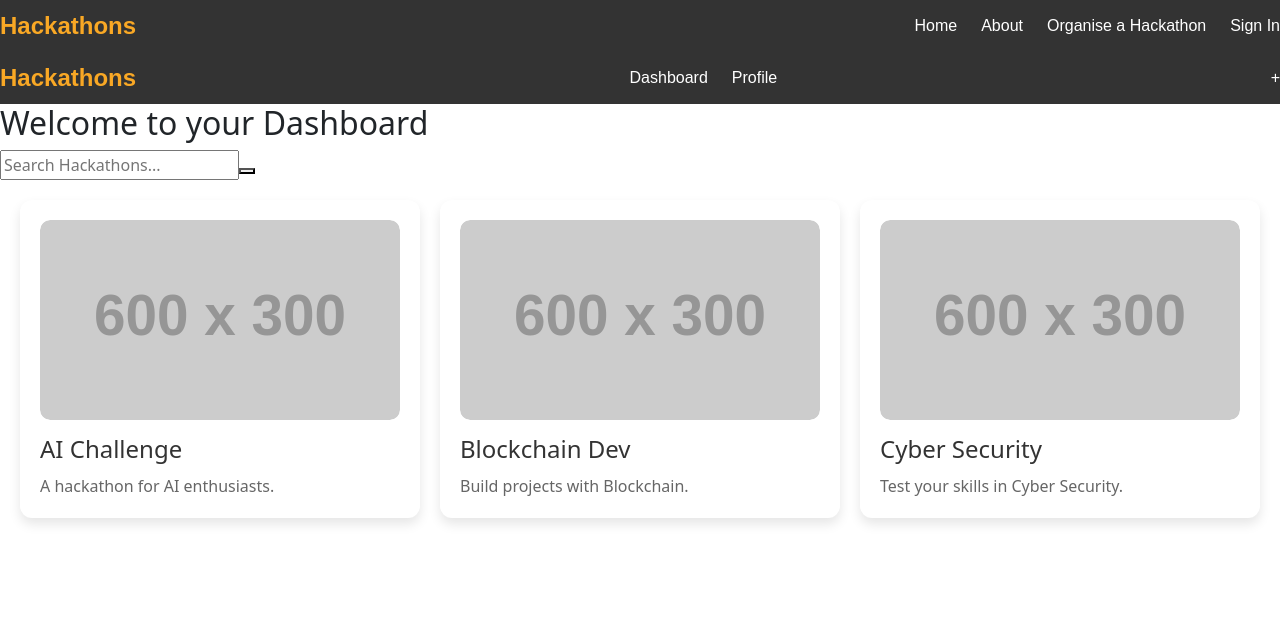
Repository: Ken-Kanike/RUBIX25_41_TECHTITANS
Page: /dashboard (app in backend/client/)
These files come from the project's save history. The page is drawn as it stood at one moment and after the next save; the edit follows.
The browser window is 1280 px wide. The pictures show the whole page.
The project was rebuilt for these pictures with package versions that can differ from the ones it lists, and the page was loaded fresh each time. Also part of the build but not shown: backend/client/src/homepage.js, backend/client/src/signin.js.

Above is the page before, as saved 2025-01-23 01:45:28.

### backend/client/public/index.html
<!DOCTYPE html>
<html lang="en">
  <head>
    <meta charset="utf-8" />
    <!-- <link rel="icon" href="%PUBLIC_URL%/favicon.ico" /> -->
    <meta name="viewport" content="width=device-width, initial-scale=1" />
    <meta name="theme-color" content="#000000" />
    <!-- <meta
      name="description"
      content="Web site created using create-react-app"
    />
    <link rel="apple-touch-icon" href="%PUBLIC_URL%/logo192.png" />

      manifest.json provides metadata used when your web app is installed on a
      user's mobile device or desktop. See https://developers.google.com/web/fundamentals/web-app-manifest/

    <link rel="manifest" href="%PUBLIC_URL%/manifest.json" /> -->

    <title>React App</title>
  </head>
  <body>
    <noscript>You need to enable JavaScript to run this app.</noscript>
    <div id="root"></div>

  </body>
</html>

### backend/client/src/App.js
import React from 'react';
import { BrowserRouter as Router, Route, Routes } from 'react-router-dom';
import Navbar from './navbar';
import HomePage from './homepage';
import SignInPage from './signin'; // Import SignInPage component
import Dashboard from "./dashboardUSER";

function App() {
  return (
    <Router>
      <Navbar /> {/* Navbar is outside of Routes */}
      <Routes>
        <Route path="/" element={<HomePage />} /> {/* HomePage route */}
        <Route path="/signin" element={<SignInPage />} /> {/* SignInPage route */}
        <Route path="/dashboard" element={<Dashboard />} />
      </Routes>
    </Router>
  );
}

export default App;

### backend/client/src/navbar.js
// src/Navbar.js
import React from 'react';
import { Link, useLocation } from 'react-router-dom'; // Import useLocation from react-router-dom
import './navbar.css'; // For styling

const Navbar = () => {
    const location = useLocation(); // Get the current route location

    return (
        <nav className="navbar">
            <div className="navbar-logo">Hackathons</div>
            <ul className="navbar-links">
                {/* Conditionally render navbar items based on the current route */}
                {location.pathname !== "/signin" && (
                    <li><Link to="/">Home</Link></li> // Show "Home" link except on the SignIn page
                )}
                <li><Link to="#about">About</Link></li>
                <li><Link to="#organise">Organise a Hackathon</Link></li>
                {location.pathname === "/signin" ? (
                    <li><Link to="/">Home</Link></li> // Show "Home" link on SignIn page
                ) : (
                    <li><Link to="/signin">Sign In</Link></li> // Show "Sign In" link on other pages
                )}
            </ul>
        </nav>
    );
};

export default Navbar;

### backend/client/src/dashboardUSER.js
import React from "react";
import "./dashboardUSER.css";
import Navbar from "./dashboardUnavbar"; // Import Navbar

const Dashboard = () => {
    const hackathons = [
        { name: "AI Challenge", details: "A hackathon for AI enthusiasts." },
        { name: "Blockchain Dev", details: "Build projects with Blockchain." },
        { name: "Cyber Security", details: "Test your skills in Cyber Security." },
    ];

    return (
        <div>
            <Navbar />
            <div className="dashboard-container">
                <h2>Welcome to your Dashboard</h2>

                {/* Search Bar */}
                <div className="search-container">
                    <input
                        type="text"
                        placeholder="Search Hackathons..."
                        className="search-input"
                    />
                    <button className="search-btn">
                        <i className="fa fa-search"></i>
                    </button>
                </div>

                {/* Hackathons List */}
                <div className="hackathon-cards">
                    {hackathons.map((hackathon, index) => (
                        <div className="hackathon-card" key={index}>
                            <div className="hackathon-image">
                                {/* Placeholder for Hackathon Image */}
                                <img
                                    src="https://via.placeholder.com/600x300"  // Placeholder image URL
                                    alt={hackathon.name}
                                    className="hackathon-img"
                                />
                            </div>
                            <h3>{hackathon.name}</h3>
                            <p>{hackathon.details}</p>
                        </div>
                    ))}
                </div>
            </div>
        </div>
    );
};

export default Dashboard;

### backend/client/src/navbar.css
/* src/Navbar.css */
.navbar {
    display: flex;
    justify-content: space-between;
    align-items: center;
    padding: 0.8rem 2rem;
    background-color: #333;
    color: white;
    font-family: Arial, sans-serif;
}

.navbar-logo {
    font-size: 1.5rem;
    font-weight: bold;
    color: #f9a825; /* Yellowish highlight */
}

.navbar-links {
    list-style: none;
    display: flex;
    gap: 1.5rem;
    margin: 0;
    padding: 0;
}

.navbar-links li {
    display: inline;
}

.navbar-links a {
    text-decoration: none;
    color: white;
    font-size: 1rem;
    transition: color 0.3s ease;
}

.navbar-links a:hover {
    color: #f9a825;
}

### backend/client/src/homepage.css
/* Overall container styling */
.homepage-container {
    font-family: Arial, sans-serif;
    padding: 20px;
    text-align: center;
    background-color: #f9f9f9;
}

/* Header styling */
h1 {
    color: #2c3e50;
    font-size: 36px;
    margin-bottom: 10px;
}

p {
    font-size: 20px;
    color: #34495e;
    margin-bottom: 20px;
}

/* Features section */
.features-section {
    display: grid;
    grid-template-columns: repeat(auto-fit, minmax(300px, 1fr));
    gap: 20px;
    padding: 20px;
}

/* Individual feature box */
.feature-box {
    background-color: #ffffff;
    border: 1px solid #ddd;
    border-radius: 8px;
    padding: 20px;
    box-shadow: 0 4px 8px rgba(0, 0, 0, 0.1);
    transition: transform 0.3s ease, box-shadow 0.3s ease;
}

.feature-box:hover {
    transform: translateY(-5px);
    box-shadow: 0 8px 16px rgba(0, 0, 0, 0.2);
}

.feature-box h2 {
    font-size: 24px;
    color: #1abc9c;
    margin-bottom: 10px;
}

.feature-box p {
    font-size: 16px;
    color: #7f8c8d;
}

### backend/client/src/dashboardUSER.css
/* .dashboard-container {
    padding: 20px;
    background-color: #f9f9f9;
    text-align: center;
} */

/* Style for Hackathon Cards */
.hackathon-cards {
    display: grid;
    grid-template-columns: repeat(auto-fill, minmax(350px, 1fr));
    gap: 20px;
    padding: 20px;
}

.hackathon-card {
    background-color: #fff;
    border-radius: 12px;
    padding: 20px;
    box-shadow: 0 6px 12px rgba(0, 0, 0, 0.1);
    cursor: pointer;
    transition: transform 0.3s ease, box-shadow 0.3s ease;
    height: auto;
}

.hackathon-card:hover {
    transform: translateY(-5px);
    box-shadow: 0 8px 16px rgba(0, 0, 0, 0.2);
}

/* Hackathon Image Section */
.hackathon-image {
    width: 100%;
    height: 200px;
    overflow: hidden;
    margin-bottom: 15px;
    border-radius: 10px;
}

.hackathon-img {
    width: 100%;
    height: 100%;
    object-fit: cover;
    border-radius: 10px;
}

/* Text and Details Styling */
.hackathon-card h3 {
    font-size: 1.5rem;
    color: #333;
    margin: 10px 0;
}

.hackathon-card p {
    font-size: 1rem;
    color: #666;
    margin: 0;
}

### backend/client/src/dashboardUnavbar.js
import React, { useState } from "react";
import "./navbar.css";

const Navbar = () => {
    const [profileImage, setProfileImage] = useState(null);

    const handleImageUpload = (event) => {
        const file = event.target.files[0];
        if (file) {
            const reader = new FileReader();
            reader.onloadend = () => {
                setProfileImage(reader.result);
            };
            reader.readAsDataURL(file);
        }
    };

    return (
        <nav className="navbar">
            <div className="navbar-logo">Hackathons</div>
            <ul className="navbar-links">
                <li><a href="#dashboard">Dashboard</a></li>
                <li><a href="#profile">Profile</a></li>
            </ul>

            {/* Profile Section with Upload */}
            <div className="navbar-profile">
                <label htmlFor="file-input">
                    <div className="profile-circle">
                        {profileImage ? (
                            <img src={profileImage} alt="Profile" />
                        ) : (
                            <span>+</span>
                        )}
                    </div>
                </label>
                <input
                    type="file"
                    id="file-input"
                    style={{ display: "none" }}
                    onChange={handleImageUpload}
                />
            </div>
        </nav>
    );
};

export default Navbar;

Loaded but not shown: backend/client/src/index.js (common file); backend/client/src/index.css (common file); backend/client/src/reportWebVitals.js (common file)

After the next save:
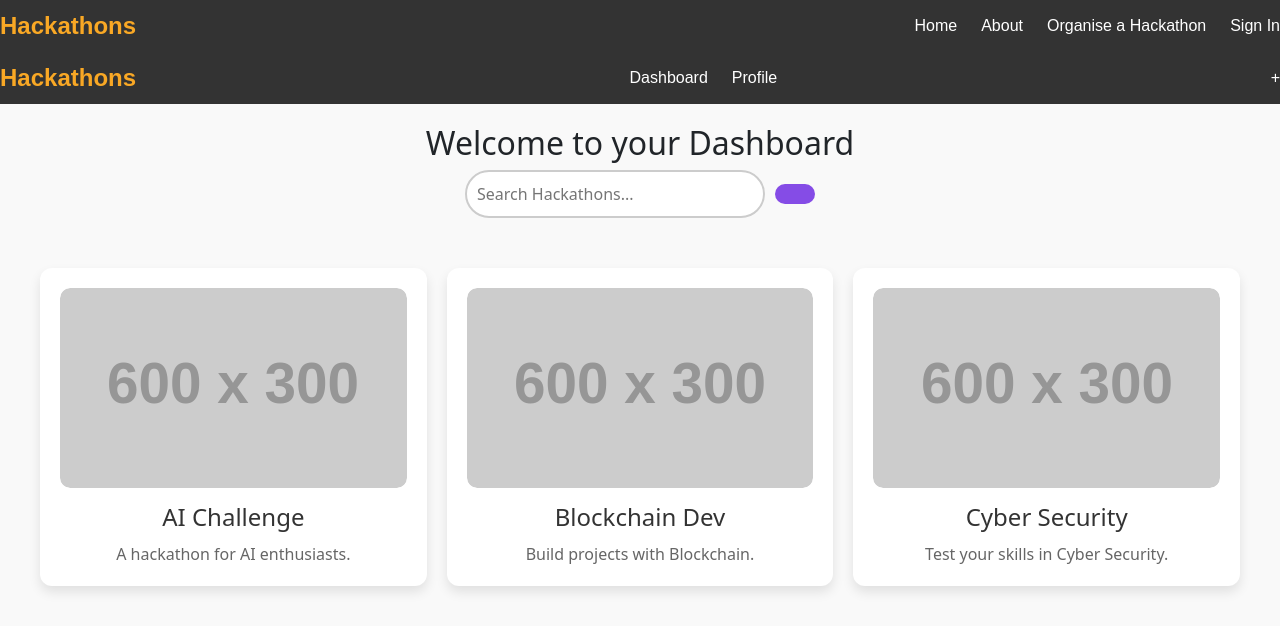
Saved 16 s later.
--- a/backend/client/src/dashboardUSER.css
+++ b/backend/client/src/dashboardUSER.css
@@ -1,8 +1,49 @@
-/* .dashboard-container {
+/* Dashboard container */
+.dashboard-container {
     padding: 20px;
     background-color: #f9f9f9;
     text-align: center;
-} */
+}
+
+/* Search Bar Container */
+.search-container {
+    display: flex;
+    justify-content: center;
+    align-items: center;
+    margin-bottom: 30px;
+}
+
+/* Input Field for Search */
+.search-input {
+    padding: 10px;
+    font-size: 16px;
+    border-radius: 50px;
+    border: 2px solid #ccc;
+    width: 300px;  /* Set to a bit larger size */
+    margin-right: 10px;
+    outline: none;
+}
+
+/* Search Button (Elliptical) */
+.search-btn {
+    padding: 10px 20px;
+    background-color: #854CE6;
+    border: none;
+    border-radius: 25px;  /* Create an elliptical button */
+    color: #fff;
+    font-size: 16px;
+    cursor: pointer;
+    transition: background-color 0.3s;
+}
+
+.search-btn:hover {
+    background-color: #5e30b1; /* Darker shade on hover */
+}
+
+/* Font Awesome search icon */
+.search-btn i {
+    font-size: 18px;
+}
 
 /* Style for Hackathon Cards */
 .hackathon-cards {
